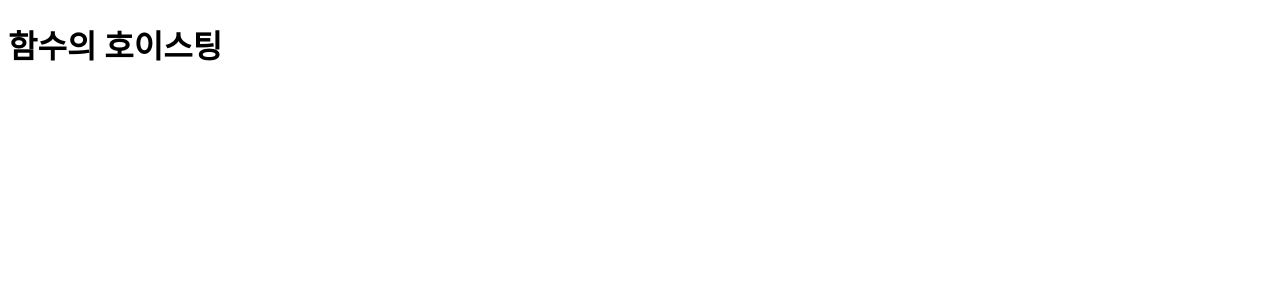
Repository: snowcuphea/webwork_class
Page: clientweb/WebContent/js_bom/js_function_hoisting_test.html
The author's editor kept a copy of each file at every save. The page is drawn from the files as they stood at one save, then again after the next save.
The browser window is 1280 px wide. The pictures show the whole page.

Above is the page before, as saved 2020-01-09 07:23:52.

### clientweb/WebContent/js_bom/js_function_hoisting_test.html
<!DOCTYPE html>
<html>
<head>
<meta charset="EUC-KR">
<title>Insert title here</title>
</head>
<body>
	<h1>함수의 호이스팅</h1>
	<script type="text/javascript">
		test(90);
		function test(num){
			if(num>90){
				alert("성공");
			}else{
				alert("실패");

			}
		}




	</script>
</body>
</html>

After the next save:
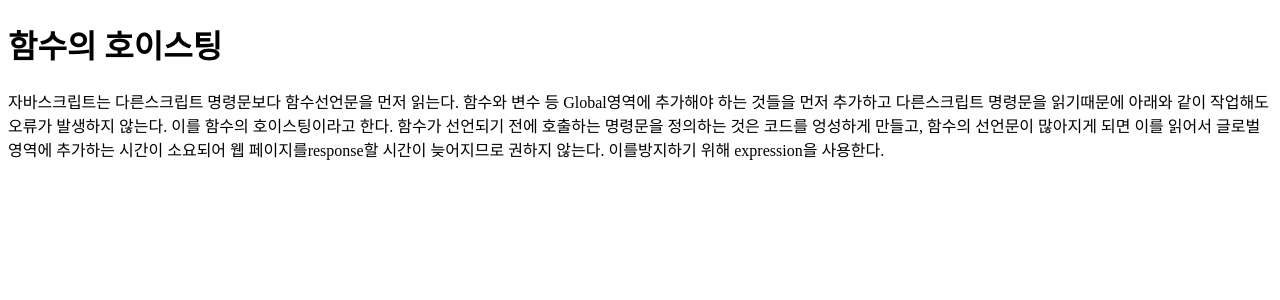
Saved 4 min 33 s later.
--- a/clientweb/WebContent/js_bom/js_function_hoisting_test.html
+++ b/clientweb/WebContent/js_bom/js_function_hoisting_test.html
@@ -6,8 +6,20 @@
 </head>
 <body>
 	<h1>함수의 호이스팅</h1>
+	<p>
+	자바스크립트는 다른스크립트 명령문보다 함수선언문을 먼저 읽는다.
+	함수와 변수 등 Global영역에 추가해야 하는 것들을 먼저 추가하고
+	다른스크립트 명령문을 읽기때문에 아래와 같이 작업해도 오류가 발생하지 않는다.
+	이를 함수의 호이스팅이라고 한다.
+	함수가 선언되기 전에 호출하는 명령문을 정의하는 것은 코드를 엉성하게 만들고,
+	함수의 선언문이 많아지게 되면 이를 읽어서 글로벌영역에 추가하는 시간이 소요되어
+	웹 페이지를response할 시간이 늦어지므로 권하지 않는다.
+	이를방지하기 위해 expression을 사용한다.
+
+	</p>
 	<script type="text/javascript">
-		test(90);
+		test(90);//함수선언문보다 함수호출문이 먼저 와있지만,
+		//함수선언문을 제일먼저 읽기 때문에 오류가 나지 않음
 		function test(num){
 			if(num>90){
 				alert("성공");
